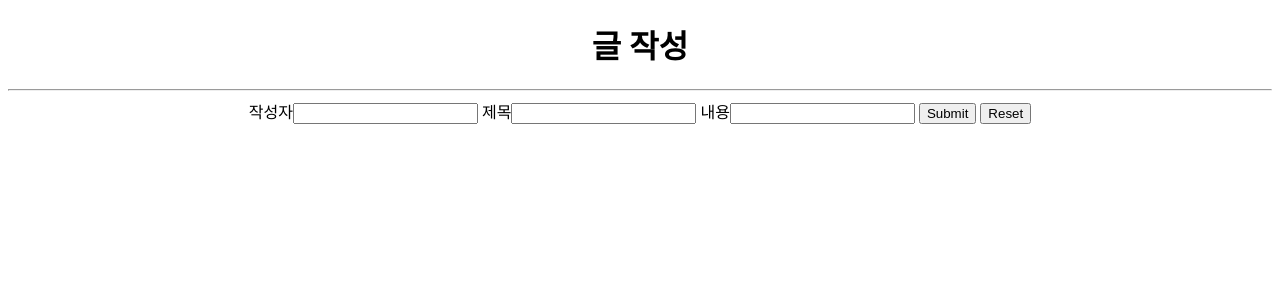
Repository: pypygeek/java_playground
Page: http://localhost/bb/wirte_form.jsp
An editor plug-in stored every save of this project. The page is shown before and after the next save, followed by the edit.
The browser window is 1280 px wide. The pictures show the whole page.
The page is served by Tomcat 9.

Above is the page before, as saved 2022-01-26 01:54:26.

### jsp-playground/bitbit/bb/src/main/webapp/wirte_form.jsp
<%@ page language="java" contentType="text/html; charset=UTF-8"
    pageEncoding="UTF-8"%>
<!DOCTYPE html>
<html>
<head>
<meta charset="UTF-8">
<title>글작성 페이지</title>
</head>
<body>
    <form action="list.jsp" method="post">
        <center><h1>글 작성</h1><hr>
        <tr>작성자<td></td><td><input type="text" name="bName"></td></tr>
        <tr>제목<td></td><td><input type="text" name="bTitle"></td></tr>
        <tr>내용<td></td><td><input type="text" name="bContent"></td></tr>
        <input type="submit" name="전송">
        <input type="reset" name="취소">
        </center>
    </form>
</body>
</html>

After the next save:
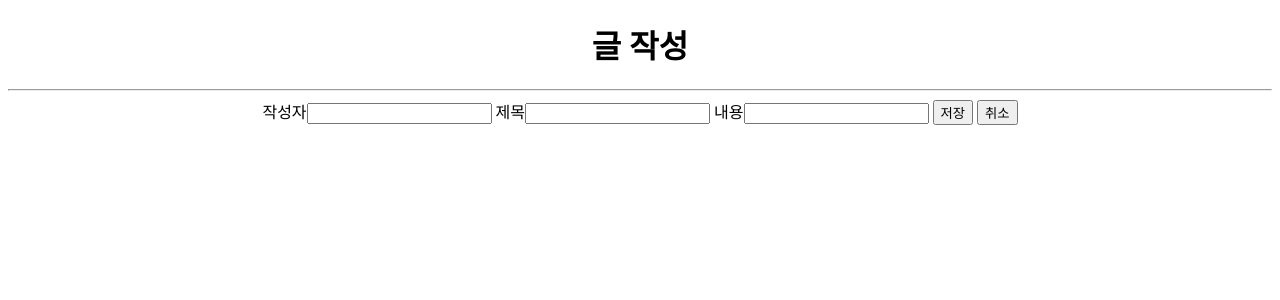
Saved 38 s later.
--- a/jsp-playground/bitbit/bb/src/main/webapp/wirte_form.jsp
+++ b/jsp-playground/bitbit/bb/src/main/webapp/wirte_form.jsp
@@ -12,8 +12,8 @@
         <tr>작성자<td></td><td><input type="text" name="bName"></td></tr>
         <tr>제목<td></td><td><input type="text" name="bTitle"></td></tr>
         <tr>내용<td></td><td><input type="text" name="bContent"></td></tr>
-        <input type="submit" name="전송">
-        <input type="reset" name="취소">
+        <input type="submit" value="저장" name="전송">
+        <input type="reset" value="취소" name="취소">
         </center>
     </form>
 </body>
